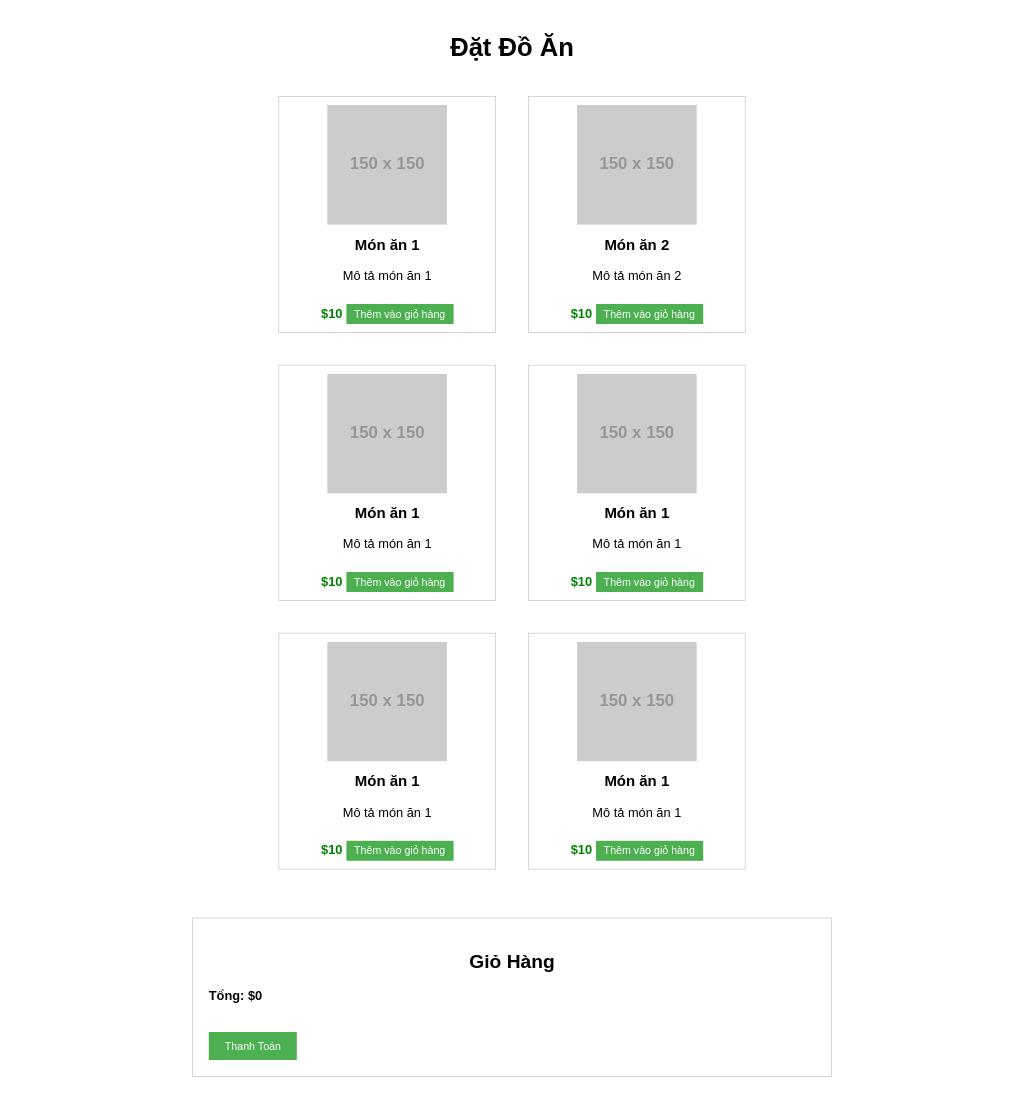
Repository: Tuananhdeptrai723/dientoandammay
Page: http://localhost/main/main.php
An editor plug-in stored every save of this project. The page is shown before and after a run of saves, followed by the edit.
The browser window is 1280 px wide. The pictures show the whole page, at 80% of full size.
The page is run by PHP 8.4 with error messages shown; the project is at /var/www/html/.

Above is the page before, as saved 2024-06-04 18:19:51.

### main/main.php
<!DOCTYPE html>
<html lang="en">
<head>
  <meta charset="UTF-8">
  <meta name="viewport" content="width=device-width, initial-scale=1.0">
  <title>Đặt Đồ Ăn</title>
  <link rel="stylesheet" href="./main.css">
</head>
<body>
  <div class="container">
    <h1>Đặt Đồ Ăn</h1>
    <div class="menu">
      <div class="menu-item">
        <img src="https://via.placeholder.com/150" alt="Món ăn 1">
        <h3>Món ăn 1</h3>
        <p>Mô tả món ăn 1</p>
        <span class="price">$10</span>
        <button class="add-to-cart">Thêm vào giỏ hàng</button>
      </div>

      <div class="menu-item">
        <img src="https://via.placeholder.com/150" alt="Món ăn 1">
        <h3>Món ăn 2</h3>
        <p>Mô tả món ăn 2</p>
        <span class="price">$10</span>
        <button class="add-to-cart">Thêm vào giỏ hàng</button>
      </div>

      <div class="menu-item">
        <img src="https://via.placeholder.com/150" alt="Món ăn 1">
        <h3>Món ăn 1</h3>
        <p>Mô tả món ăn 1</p>
        <span class="price">$10</span>
        <button class="add-to-cart">Thêm vào giỏ hàng</button>
      </div>

      <div class="menu-item">
        <img src="https://via.placeholder.com/150" alt="Món ăn 1">
        <h3>Món ăn 1</h3>
        <p>Mô tả món ăn 1</p>
        <span class="price">$10</span>
        <button class="add-to-cart">Thêm vào giỏ hàng</button>
      </div>

      <div class="menu-item">
        <img src="https://via.placeholder.com/150" alt="Món ăn 1">
        <h3>Món ăn 1</h3>
        <p>Mô tả món ăn 1</p>
        <span class="price">$10</span>
        <button class="add-to-cart">Thêm vào giỏ hàng</button>
      </div>

      <div class="menu-item">
        <img src="https://via.placeholder.com/150" alt="Món ăn 1">
        <h3>Món ăn 1</h3>
        <p>Mô tả món ăn 1</p>
        <span class="price">$10</span>
        <button class="add-to-cart">Thêm vào giỏ hàng</button>
      </div>

      <!-- Thêm các món ăn khác tương tự -->
    </div>
    <div class="cart">
      <h2>Giỏ Hàng</h2>
      <ul class="cart-items"></ul>
      <p class="total">Tổng: $0</p>
      <button class="checkout">Thanh Toán</button>
    </div>
  </div>
  <script src="./main.js"></script>
</body>
</html>

### main/main.css
body {
    font-family: Arial, sans-serif;
    margin: 0;
    padding: 0;
  }

  .container {
    max-width: 800px;
    margin: 0 auto;
    padding: 20px;
  }

  h1, h2 {
    text-align: center;
  }

  .menu {
    display: flex;
    flex-wrap: wrap;
    justify-content: center;
  }

  .menu-item {
    width: 250px;
    margin: 20px;
    padding: 10px;
    border: 1px solid #ccc;
    text-align: center;
  }

  .menu-item img {
    width: 150px;
    height: 150px;
    object-fit: cover;
  }

  .menu-item h3 {
    margin-top: 10px;
  }

  .menu-item .price {
    font-weight: bold;
    color: green;
  }

  .menu-item button {
    margin-top: 10px;
    padding: 5px 10px;
    background-color: #4CAF50;
    color: white;
    border: none;
    cursor: pointer;
  }

  .cart {
    margin-top: 40px;
    padding: 20px;
    border: 1px solid #ccc;
  }

  .cart-items {
    list-style-type: none;
    padding: 0;
  }

  .cart-items li {
    display: flex;
    justify-content: space-between;
    margin-bottom: 10px;
  }

  .total {
    font-weight: bold;
    margin-top: 20px;
  }

  .checkout {
    margin-top: 20px;
    padding: 10px 20px;
    background-color: #4CAF50;
    color: white;
    border: none;
    cursor: pointer;
  }

### main/main.js
const addToCartButtons = document.querySelectorAll('.add-to-cart');
const cartItems = document.querySelector('.cart-items');
const total = document.querySelector('.total');
let cart = [];
let totalPrice = 0;

addToCartButtons.forEach(button => {
  button.addEventListener('click', () => {
    const menuItem = button.parentNode;
    const name = menuItem.querySelector('h3').textContent;
    const price = parseFloat(menuItem.querySelector('.price').textContent.replace('$', ''));
    const item = { name, price };
    cart.push(item);
    updateCart();
  });
});

function updateCart() {
  cartItems.innerHTML = '';
  totalPrice = 0;
  cart.forEach(item => {
    const li = document.createElement('li');
    li.textContent = `${item.name} - $${item.price}`;
    cartItems.appendChild(li);
    totalPrice += item.price;
  });
  total.textContent = `Tổng: $${totalPrice.toFixed(2)}`;
}

After the next 2 saves:
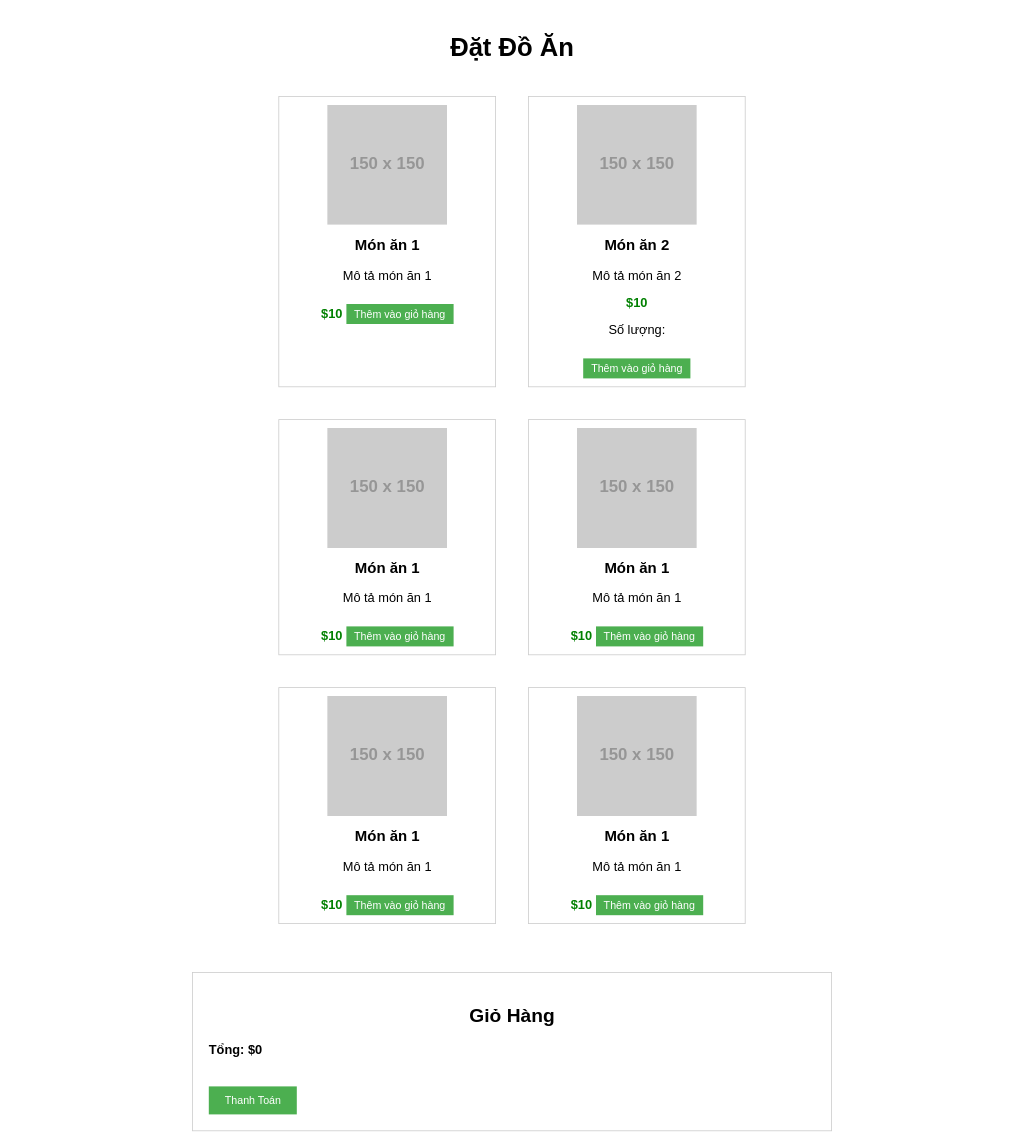
The 2 saves are shown as one change because they came seconds apart.
The last was saved 54 s later.
--- a/main/main.php
+++ b/main/main.php
@@ -23,6 +23,7 @@
         <h3>Món ăn 2</h3>
         <p>Mô tả món ăn 2</p>
         <span class="price">$10</span>
+        <p>Số lượng: </p>
         <button class="add-to-cart">Thêm vào giỏ hàng</button>
       </div>
 
